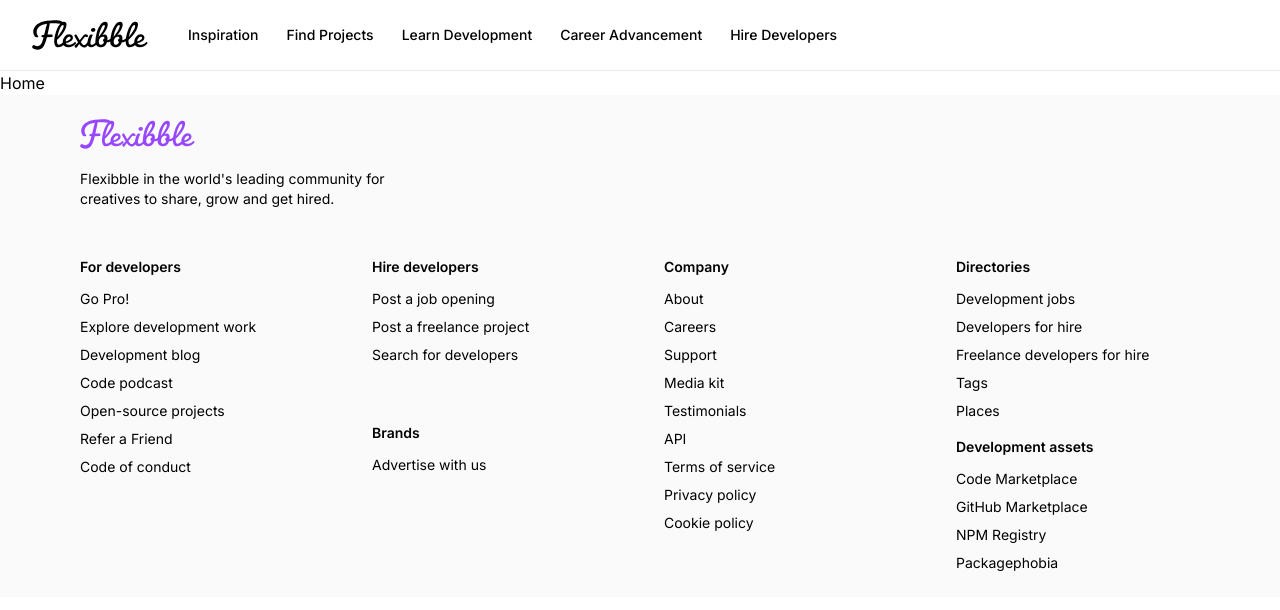
Repository: nazmulislam4/flexibble
Page: /
These files come from the project's save history. The page is drawn as it stood at one moment and after the next save; the edit follows.
The browser window is 1280 px wide. The pictures show the whole page.
The project was rebuilt for these pictures with package versions that can differ from the ones it lists, and the page was loaded fresh each time. The framework's server and built-in components were replaced by stand-ins that run in the browser. Also part of the build but not shown: next.config.mjs, src/components/AuthProvider.tsx.

Above is the page before, as saved 2024-03-12 01:33:41.

### src/app/layout.tsx
import Footer from "@/components/Footer";
import Navbar from "@/components/Navbar";
import "./globals.css";

export const metadata = {
  title: "Flexibble",
  description: "Showcase and discover remarkable developer projects",
};

export default function RootLayout({
  children,
}: {
  children: React.ReactNode;
}) {
  return (
    <html lang="en">
      <body>
        <Navbar />
        <main>{children}</main>
        <Footer />
      </body>
    </html>
  );
}

### src/components/Footer.tsx
import Image from "next/image";
import React from "react";
import FooterColumn from "./FooterColumn";
import { footerLinks } from "@/constants";

const Footer = () => {
  return (
    <footer className="flexStart footer">
      <div className="flex flex-col gap-12 w-full">
        <div className="flex items-start flex-col">
          <Image
            src={"/logo-purple.svg"}
            width={115}
            height={38}
            alt="Flexibble"
          />
          <p className="text-start text-sm font-normal mt-5 max-w-xs">
            Flexibble in the world's leading community for creatives to share,
            grow and get hired.
          </p>
        </div>
        <div className="flex flex-wrap gap-12">
          <FooterColumn
            title={footerLinks[0].title}
            links={footerLinks[0].links}
          />
          <div className="flex-1 flex flex-col gap-4">
            <FooterColumn
              title={footerLinks[1].title}
              links={footerLinks[1].links}
            />
            <FooterColumn
              title={footerLinks[2].title}
              links={footerLinks[2].links}
            />
          </div>
          <FooterColumn
            title={footerLinks[3].title}
            links={footerLinks[3].links}
          />
          <div className="flex-1 flex flex-col gap-4">
            <FooterColumn
              title={footerLinks[4].title}
              links={footerLinks[4].links}
            />
            <FooterColumn
              title={footerLinks[5].title}
              links={footerLinks[5].links}
            />
          </div>
        </div>
      </div>
    </footer>
  );
};

export default Footer;

### src/components/Navbar.tsx
import { NavLinks } from "@/constants";
import Image from "next/image";
import Link from "next/link";
import React from "react";
import AuthProviders from "./AuthProvider";

const Navbar = () => {
  const session = {};
  return (
    <nav className="flexBetween navbar">
      <div className="flex-1 flexStart gap-10">
        <Link href="/">
          <Image src="/logo.svg" width={116} height={43} alt="logo" />
        </Link>
        <ul className="xl:flex hidden text-small gap-7">
          {NavLinks.map((link) => (
            <Link href={link.href} key={link.text}>
              {link.text}
            </Link>
          ))}
        </ul>
      </div>

      <div className="flexCenter gap-4">
        {session ? <></> : <AuthProviders />}
      </div>
    </nav>
  );
};

export default Navbar;

### src/components/FooterColumn.tsx
import Link from "next/link";
import React from "react";

type ColumnProps = {
  title: string;
  links: Array<string>;
};

const FooterColumn = ({ title, links }: ColumnProps) => {
  return (
    <div className="footer_column">
      <h4 className="font-semibold">{title}</h4>
      <ul className="flex flex-col gap-2 font-normal">
        {links.map((link) => (
          <Link href={"/"}>{link}</Link>
        ))}
      </ul>
    </div>
  );
};

export default FooterColumn;

### tailwind.config.ts
import type { Config } from "tailwindcss";

const config: Config = {
  content: [
    "./src/pages/**/*.{js,ts,jsx,tsx,mdx}",
    "./src/components/**/*.{js,ts,jsx,tsx,mdx}",
    "./src/app/**/*.{js,ts,jsx,tsx,mdx}",
  ],
  theme: {
    extend: {
      colors: {
        "nav-border": "#EBEAEA",
        "light-white": "#FAFAFB",
        "light-white-100": "#F1F4F5",
        "light-white-200": "#d7d7d7",
        "light-white-300": "#F3F3F4",
        "light-white-400": "#E2E5F1",
        "light-white-500": "#E4E4E4",
        gray: "#4D4A4A",
        "gray-100": "#3d3d4e",
        "black-100": "#252525",
        "primary-purple": "#9747FF",
        "gray-50": "#D9D9D9",
      },
      boxShadow: {
        menu: "0px 159px 95px rgba(13,12,34,0.01), 0px 71px 71px rgba(13,12,34,0.02), 0px 18px 39px rgba(13,12,34,0.02), 0px 0px 0px rgba(13,12,34,0.02)",
      },
      screens: {
        xs: "400px",
      },
      maxWidth: {
        "10xl": "1680px",
      },
    },
  },
  plugins: [],
};
export default config;

Loaded but not shown: src/app/page.tsx (common file); src/app/globals.css (common file); src/constants/index.ts (common file)

After the next save:
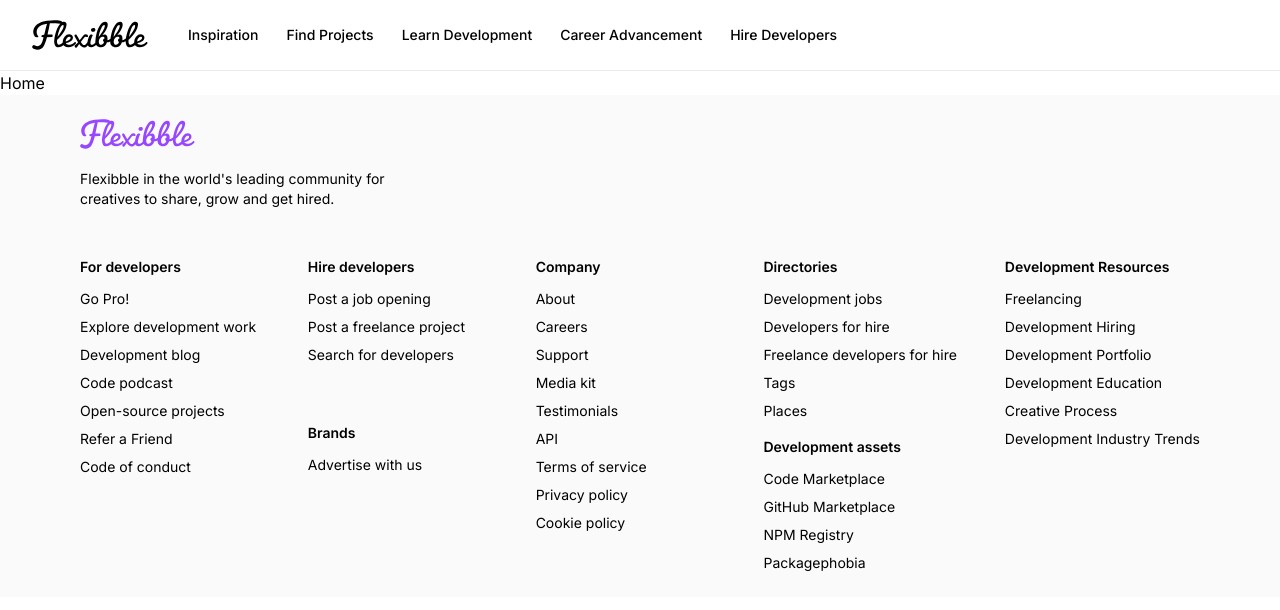
Saved 55 s later.
--- a/src/components/Footer.tsx
+++ b/src/components/Footer.tsx
@@ -48,6 +48,10 @@
               links={footerLinks[5].links}
             />
           </div>
+          <FooterColumn
+            title={footerLinks[6].title}
+            links={footerLinks[6].links}
+          />
         </div>
       </div>
     </footer>
